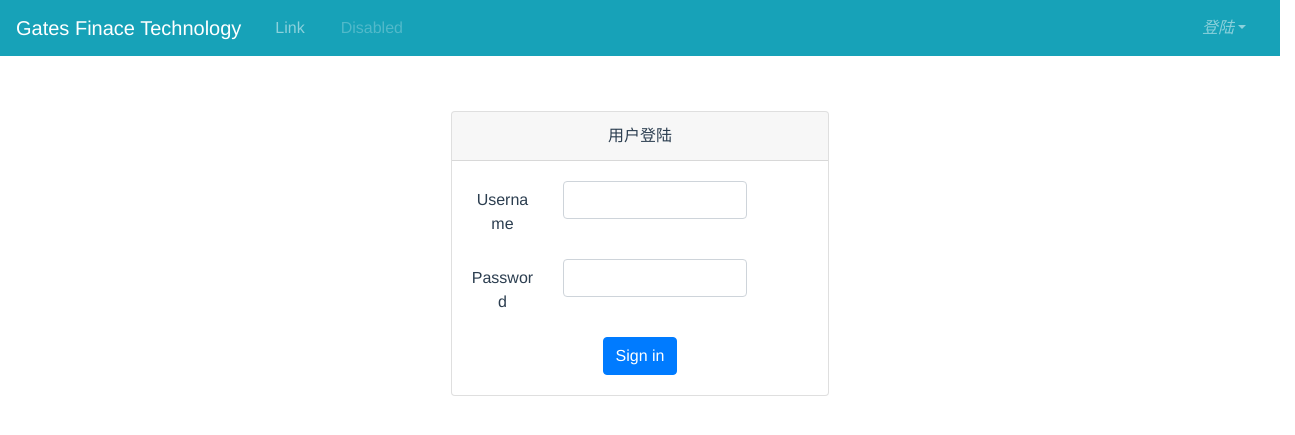
Repository: sqsssq/GatesFinace
Page: /login (app in webview/)
The author's editor kept a copy of each file at every save. The page is drawn from the files as they stood at one save, then again after the next save.
The browser window is 1280 px wide. The page is 1295 px wide, so the pictures cover 1295 px, including what lies to the right of the window. The pictures show the whole page.
The project was rebuilt for these pictures with package versions that can differ from the ones it lists, and the page was loaded fresh each time. Also part of the build but not shown: webview/src/components/HelloWorld.vue, webview/src/views/Home.vue, webview/src/components/gatesCarousel.vue, webview/src/views/main.vue.

Above is the page before, as saved 2020-11-03 16:15:04.

### webview/public/index.html
<!DOCTYPE html>
<html lang="en">
  <head>
    <meta charset="utf-8">
    <meta http-equiv="X-UA-Compatible" content="IE=edge">
    <meta name="viewport" content="width=device-width,initial-scale=1.0">
    <link rel="icon" href="<%= BASE_URL %>favicon.ico">
    <title><%= htmlWebpackPlugin.options.title %></title>
    <style>
      html, body{ margin:0; height:100%; }
    </style>
  </head>
  <body>
    <noscript>
      <strong>We're sorry but <%= htmlWebpackPlugin.options.title %> doesn't work properly without JavaScript enabled. Please enable it to continue.</strong>
    </noscript>
    <div id="app"></div>
    <!-- built files will be auto injected -->
  </body>
</html>

### webview/src/main.js
import Vue from 'vue'
import App from './App.vue'
import router from './router'
import store from './store'
import ElementUI from 'element-ui'
import 'element-ui/lib/theme-chalk/index.css'
import 'element-ui/lib/theme-chalk/base.css'
import { BootstrapVue, IconsPlugin } from 'bootstrap-vue'
import 'bootstrap/dist/css/bootstrap.css'
import 'bootstrap-vue/dist/bootstrap-vue.css'

Vue.config.productionTip = false
Vue.use(ElementUI);
Vue.use(BootstrapVue);
Vue.use(IconsPlugin);

new Vue({
  router,
  store,
  render: h => h(App)
}).$mount('#app')

### webview/src/App.vue
<template>
  <div id="app">
    <!-- <div id="nav">
      <router-link to="/">Home</router-link> |
      <router-link to="/about">About</router-link>
    </div> -->
    <router-view/>
  </div>
</template>

<style lang="stylus">
#app
  font-family Avenir, Helvetica, Arial, sans-serif
  -webkit-font-smoothing antialiased
  -moz-osx-font-smoothing grayscale
  text-align center
  color #2c3e50
  margin-top 0px
  height 100%
</style>

### webview/src/router/index.js
import Vue from 'vue'
import VueRouter from 'vue-router'
import Home from '../views/Home.vue'
import Main from '../views/main.vue'
import Login from '../views/login.vue'

Vue.use(VueRouter)

const routes = [
  {
    path: '/',
    name: 'Home',
    component: Home
  },
  {
    path: '/about',
    name: 'About',
    // route level code-splitting
    // this generates a separate chunk (about.[hash].js) for this route
    // which is lazy-loaded when the route is visited.
    component: () => import(/* webpackChunkName: "about" */ '../views/About.vue')
  },
  {
    path: '/main',
    name: 'Main',
    component: Main
  },
  {
    path: '/login',
    name: 'Login',
    component: Login
  }
]

const router = new VueRouter({
  mode: 'history',
  base: process.env.BASE_URL,
  routes
})

export default router

### webview/src/views/login.vue
<!--
 * @Author: your name
 * @Date: 2020-11-01 17:40:45
 * @LastEditTime: 2020-11-03 08:31:04
 * @LastEditors: Please set LastEditors
 * @Description: In User Settings Edit
 * @FilePath: \webview\src\views\main.vue
-->
<template>
  <div class="container-fiuled" style="height: 100%;">
    <!-- <img alt="Vue logo" src="../assets/logo.png"> -->
    <!-- <HelloWorld msg="Welcome to Your Vue.js App" style="height:100%"/> -->
    <gatesNavbar />
    <div class="row" style="margin-top: 5px;">
      <div class="col"  style="padding-left: 0px; padding-right: 0px;">
      </div>
      <gatesLogin style="margin-top: 50px;"/>
      <div class="col"  style="padding-left: 0px; padding-right: 0px;">
      </div>
    </div>
  </div>
</template>

<script>
// @ is an alias to /src
import HelloWorld from '@/components/HelloWorld.vue'
import gatesNavbar from '@/components/gatesNavbar.vue'
import gatesLogin from '@/components/gatesLogin.vue'

export default {
  name: 'Home',
  components: {
    gatesNavbar,
    gatesLogin
  }
}
</script>

### webview/src/components/gatesNavbar.vue
<!--
 * @Author: your name
 * @Date: 2020-10-31 09:19:12
 * @LastEditTime: 2020-11-03 08:32:14
 * @LastEditors: Please set LastEditors
 * @Description: In User Settings Edit
 * @FilePath: \webview\src\components\HelloWorld.vue
-->
<template>
  <div>
    <b-navbar
      toggleable="lg"
      type="dark"
      variant="info"
    >
      <b-navbar-brand href="/main">Gates Finace Technology</b-navbar-brand>

      <b-navbar-toggle target="nav-collapse"></b-navbar-toggle>

      <b-collapse
        id="nav-collapse"
        is-nav
      >
        <b-navbar-nav>
          <b-nav-item href="#">Link</b-nav-item>
          <b-nav-item
            href="#"
            disabled
          >Disabled</b-nav-item>
        </b-navbar-nav>

        <!-- Right aligned nav items -->
        <b-navbar-nav class="ml-auto">
          <!-- <b-nav-form style="padding-top: 2px">
            <b-form-input
              size="sm"
              class="mr-sm-2"
              placeholder="Search"
            ></b-form-input>
            <b-button
              size="sm"
              class="my-2 my-sm-0"
              type="submit"
            >Search</b-button>
          </b-nav-form> -->

          <!-- <b-nav-item-dropdown text="Lang" right>
          <b-dropdown-item href="#">EN</b-dropdown-item>
          <b-dropdown-item href="#">ES</b-dropdown-item>
          <b-dropdown-item href="#">RU</b-dropdown-item>
          <b-dropdown-item href="#">FA</b-dropdown-item>
        </b-nav-item-dropdown> -->

          <b-nav-item-dropdown right>
            <!-- Using 'button-content' slot -->
            <template #button-content>
              <em>{{username == '' ? '登陆' : username}}</em>
            </template>
            <b-dropdown-item href="/login">登陆</b-dropdown-item>
            <b-dropdown-item href="#">注册</b-dropdown-item>
            <b-dropdown-item href="#">登出</b-dropdown-item>
          </b-nav-item-dropdown>
        </b-navbar-nav>
      </b-collapse>
    </b-navbar>
  </div>
</template>

<script>
import axios from 'axios';
export default {
  name: 'gatesNavbar',
  // props: {
  //   msg: String
  // }
  data () {
    return {
      username: ''
    }
  },
  methods: {
  },
  created () {
    // console.log(2);
    // this.getmsg();
  },
  mounted () {

    // this.createLogo();
  }
}
</script>

<!-- Add "scoped" attribute to limit CSS to this component only -->
<style scoped lang="stylus">
h3 {
  letter-spacing: 3px;
  color: #fff;
  font-weight: 500;
  margin-bottom: 10px;
  margin-top: 10px;
  font-size: 15px;
}

h2 {
  margin-top: 10px;
  color: #fff;
  letter-spacing: 10px;
  // font-size: 40px
  font-size: 20px;
}

ul {
  list-style-type: none;
  padding: 0;
}

li {
  display: inline-block;
  margin: 0 10px;
}

a {
  color: #42b983;
}
</style>

### webview/src/components/gatesLogin.vue
<!--
 * @Author: your name
 * @Date: 2020-10-31 09:19:12
 * @LastEditTime: 2020-11-03 08:32:14
 * @LastEditors: Please set LastEditors
 * @Description: In User Settings Edit
 * @FilePath: \webview\src\components\HelloWorld.vue
-->
<template>
  <div>
    <!-- <b-card
        border-variant="secondary"
        header="登陆"
        header-border-variant="secondary"
        align="center"
      >
        <b-card-text>Lorem ipsum dolor sit amet, consectetur adipiscing elit.</b-card-text>
      </b-card> -->

            <div class="card">
                <div class="card-header">
                    用户登陆
                </div>
                <div class="card-body">
                        <div class="form-group row">
                            <label for="staticEmail" class="col-sm-3 col-form-label">Username</label>
                            <div class="col-sm-7">
                                <input type="text" class="form-control" id="staticEmail" name="username">
                            </div>
                        </div>
                        <div class="form-group row">
                            <label for="inputPassword" class="col-sm-3 col-form-label">Password</label>
                            <div class="col-sm-7">
                                <input type="password" class="form-control" id="inputPassword" name="password">
                            </div>
                        </div>
                        <div style="text-align: center;">
                            <button class="btn btn-primary">Sign in</button>
                        </div>
                </div>
            </div>
  </div>
</template>

<script>
import axios from 'axios';
export default {
  name: 'gatesLogin',
  // props: {
  //   msg: String
  // }
  data () {
    return {
      username: ''
    }
  },
  methods: {
  },
  created () {
    // console.log(2);
    // this.getmsg();
  },
  mounted () {

    // this.createLogo();
  }
}
</script>

<!-- Add "scoped" attribute to limit CSS to this component only -->
<style scoped lang="stylus">

</style>

Loaded but not shown: webview/src/store/index.js (common file)

After the next save:
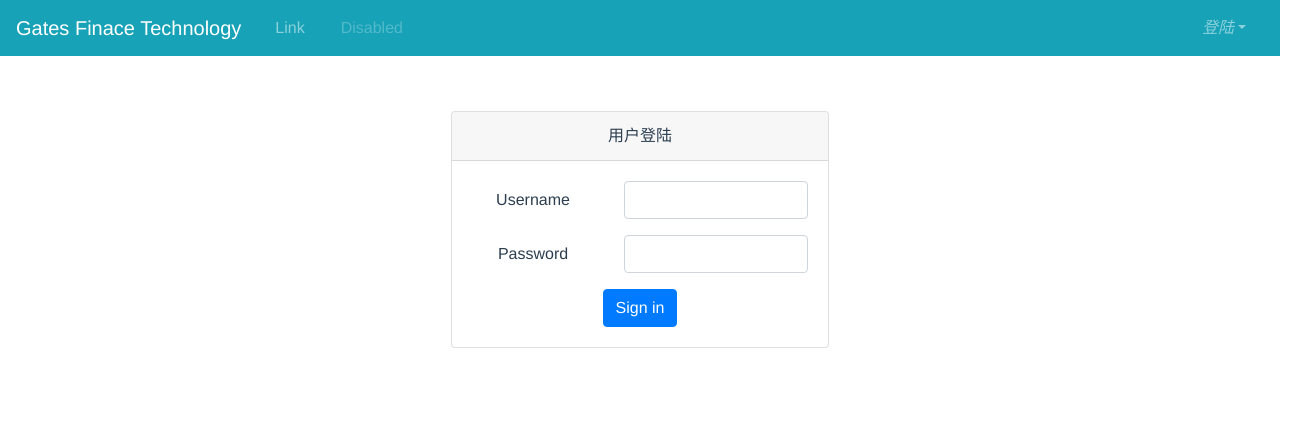
Saved 9 s later.
--- a/webview/src/components/gatesLogin.vue
+++ b/webview/src/components/gatesLogin.vue
@@ -23,13 +23,13 @@
                 </div>
                 <div class="card-body">
                         <div class="form-group row">
-                            <label for="staticEmail" class="col-sm-3 col-form-label">Username</label>
+                            <label for="staticEmail" class="col-sm-5 col-form-label">Username</label>
                             <div class="col-sm-7">
                                 <input type="text" class="form-control" id="staticEmail" name="username">
                             </div>
                         </div>
                         <div class="form-group row">
-                            <label for="inputPassword" class="col-sm-3 col-form-label">Password</label>
+                            <label for="inputPassword" class="col-sm-5 col-form-label">Password</label>
                             <div class="col-sm-7">
                                 <input type="password" class="form-control" id="inputPassword" name="password">
                             </div>
